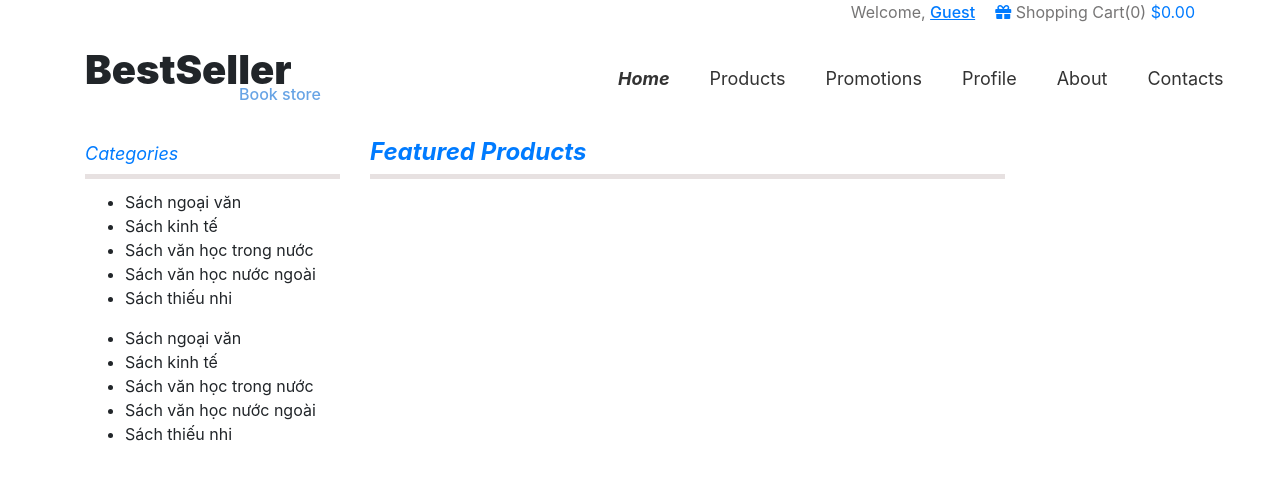
Repository: phunobi1807/BestSeller
Page: index.html
These files come from the project's save history. The page is drawn as it stood at one moment and after the next save; the edit follows.
The browser window is 1280 px wide. The pictures show the whole page.

Above is the page before, as saved 2021-06-28 23:13:55.

After the next save:
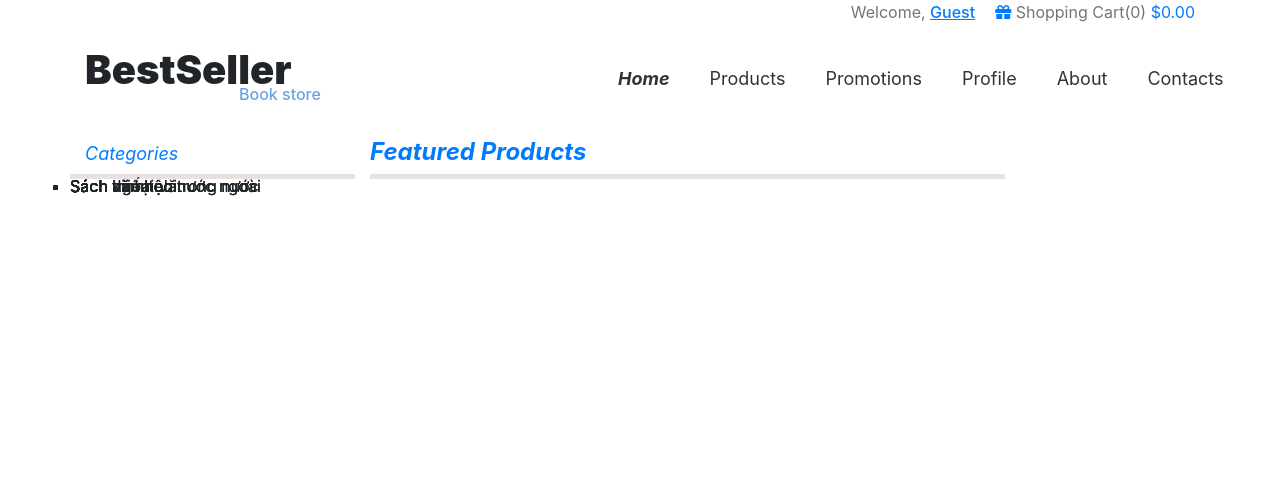
Saved 11 s later.
--- a/css/style.css
+++ b/css/style.css
@@ -122,3 +122,13 @@ html {
 .side-bar__list-item {
     position: relative;
 }
+
+.side-bar__list-item {
+    position: absolute;
+    content: "";
+    left: 0;
+    top: 40px;
+    width: 100%;
+    height: 5px;
+    background-color: #e7e1e1;
+}
